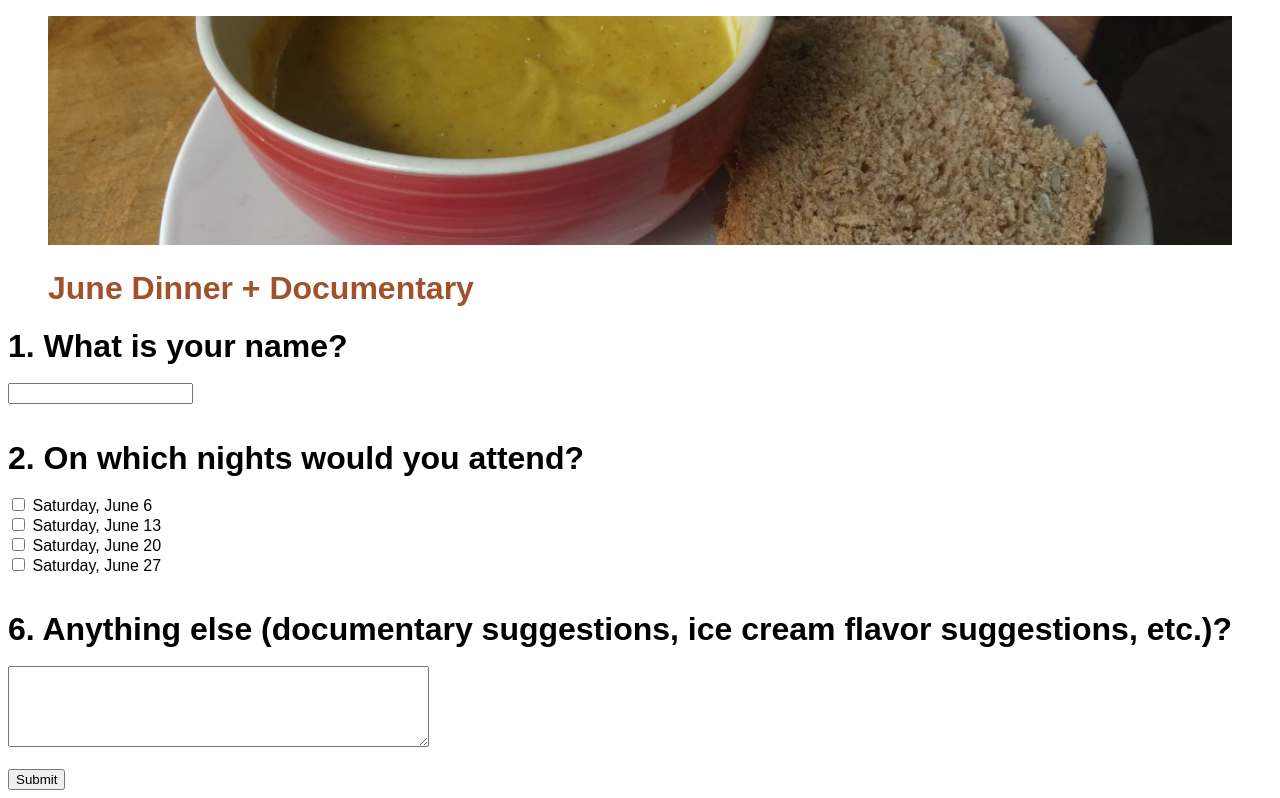
Repository: bhuhmann/event-survey
Page: survey.html
The author's editor kept a copy of each file at every save. The page is drawn from the files as they stood at one save, then again after a run of saves.
The browser window is 1280 px wide. The pictures show the whole page.

Above is the page before, as saved 2020-04-01 17:50:54.

### survey.html
<!DOCTYPE html>
<html>

    <head>
        <title>June Dinner + Documentary</title>
        <link href="style.css" rel="stylesheet" type="text/css">
    </head>

    <header>
        <figure>
            <img src="image/bread_soup_crop3.jpg" alt="Bread and soup" style="width:100%;">
            <h1>June Dinner + Documentary</h1>
        </figure>
    </header>

    <body>
        <!--TODO: form needs an action="" something, but I don't know how this works yet-->
        <form method="GET">
            <!--TODO: consider if further data validation would be useful-->
            <!--TODO: can I make automatic numbering happen so that I can easily reorder/add/remove questions?-->
            <!--TODO: make question font larger than answer font-->
            <label for="name" class="question">1. What is your name?</label>
            <br>
            <br>
            <input id="name" type="text" name="name" required>
            <br>
            <br>
            <br>
            <span class="question">2. On which nights would you attend?</span>
            <br>
            <br>
            <!--TODO: consider what date value should be for proper input into database-->
            <input id="june-6" type="checkbox" name="dates" value="Saturday, June 6">
            <label for="june-6">Saturday, June 6</label>
            <br>
            <input id="june-13" type="checkbox" name="dates" value="Saturday, June 13">
            <label for="june-13">Saturday, June 13</label>
            <br>
            <input id="june-20" type="checkbox" name="dates" value="Saturday, June 20">
            <label for="june-20">Saturday, June 20</label>
            <br>
            <input id="june-27" type="checkbox" name="dates" value="Saturday, June 27">
            <label for="june-27">Saturday, June 27</label>
            <br>
            <br>
            <!--The idea for the ranked-choice options is to do a drag-and-drop implementation similar to what
            Survey Monkey has currently. Specifically, when a person drags and drops an item, the numbers of
            all the items get initially set. Similar to the current implementation, the idea is that people
            can also use a dropdown to select a specific rank for any particular item. However, we should have some
            check for / enforced agreement between manually set rank and drag-and-drop rank. Additionally,
            unlike the current Survey Monkey implementation, we should allow for ties (maybe?) and allow for
            unranked items. For the actual vote tallying, Kevin suggests Condorcet.-->
            <!--Please rank the films in order of preference. Maybe drag and drop, probably requires JS?-->
            <!--Please rank the main dishes in order of preference. Maybe drag and drop, probably requires JS?-->
            <!--Please rank the ice cream flavors in order of preference. Maybe drag and drop, probably requires JS?-->
            <br>
            <label for="anything" class="question">6. Anything else (documentary suggestions, ice cream flavor suggestions, etc.)?</label>
            <br>
            <br>
            <textarea id="anything" name="free-response" rows="5" cols="50"></textarea>
            <br>
            <br>
            <input type="submit">
        </form>
    </body>

</html>

### style.css
h1 {
    color: sienna;
    font-family: Arial;
}

body {
    font-family: Arial;
}

.image {
    background-image: "banner_photo.jpg";
    background-size: cover;
    background-position: center;
    height: 300px;
  }

.question {
    font-size: 32px;
    font-weight: bold;
}

After the next 2 saves:
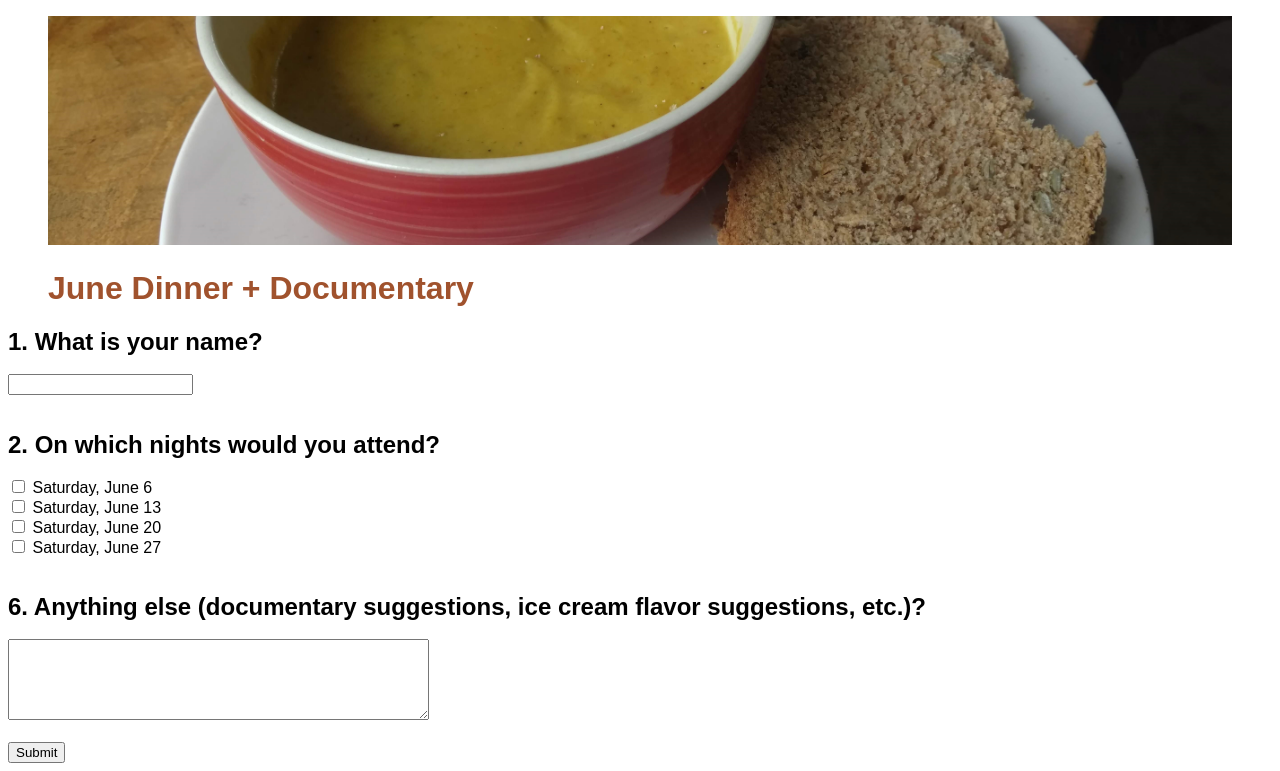
The 2 saves are shown as one change because they came seconds apart.
The last was saved 14 s later.
--- a/style.css
+++ b/style.css
@@ -15,6 +15,6 @@ body {
   }
 
 .question {
-    font-size: 32px;
+    font-size: 24px;
     font-weight: bold;
 }
